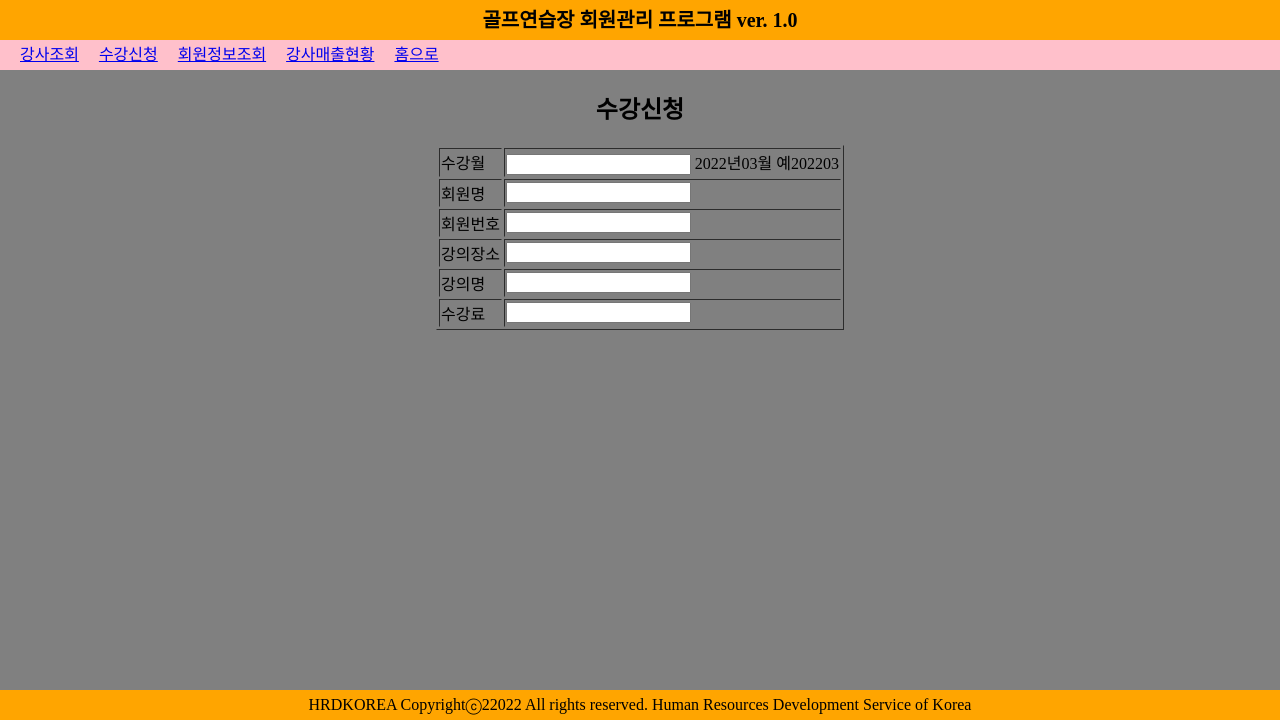
Repository: leesuyeon116/HRD_3
Page: http://localhost/HRD_0505/insert.jsp
An editor plug-in stored every save of this project. The page is shown before and after the next save, followed by the edit.
The browser window is 1280 px wide. The pictures show the whole page.
The page is served by Tomcat 9.

Above is the page before, as saved 2024-05-05 09:25:30.

### workspace/HRD_0505/src/main/webapp/insert.jsp
<%@ page language="java" contentType="text/html; charset=UTF-8"
    pageEncoding="UTF-8"%>
<!DOCTYPE html>
<html>
<head>
<meta charset="UTF-8">
<title>insert</title>
</head>
<body>
<jsp:include page="header.jsp"></jsp:include>
<section style="position: fixed; top: 70px; left: 0px; width: 100%; height: 100%; background-color: gray">
<h2 style="text-align: center">수강신청</h2>
	<form style="display: flex; align-items: center; justify-content: center">
		<table border="1">
			<tr>
				<td>수강월</td>
				<td><input type="text" name="regist_month"> 2022년03월 예202203</td>
			</tr>
			<tr>
				<td>회원명</td>
				<td><input type="text" name="c_name"></td>
			</tr>
			<tr>
				<td>회원번호</td>
				<td><input type="text" name="c_no"></td>
			</tr>
			<tr>
				<td>강의장소</td>
				<td><input type="text" name="class_area"></td>
			</tr>
			<tr>
				<td>강의명</td>
				<td><input type="text" name="class_name"></td>
			</tr>
			<tr>
				<td>수강료</td>
				<td><input type="text" name="class_price"></td>
			</tr>
		</table>
	</form>

</section>

<jsp:include page="footer.jsp"></jsp:include>
</body>
</html>

### workspace/HRD_0505/src/main/webapp/header.jsp
<%@ page language="java" contentType="text/html; charset=UTF-8"
    pageEncoding="UTF-8"%>
<!DOCTYPE html>
<html>
<head>
<meta charset="UTF-8">
<title>header</title>
</head>
<body>
<header style="position: fixed; top: 0px; left: 0px; width: 100%; height: 40px; line-height: 40px; background-color: orange;
	text-align: center; font-size: 20px">
<b>골프연습장 회원관리 프로그램 ver. 1.0</b>
</header>

<nav style="position: fixed; top: 40px; left: 0px; width: 100%; height: 30px; line-height: 30px; background-color: pink;
	padding-left: 20px">
	<a href="tlist.jsp">강사조회</a> &nbsp; &nbsp;
	<a href="insert.jsp">수강신청</a> &nbsp; &nbsp;
	<a href="mlist.jsp">회원정보조회</a> &nbsp; &nbsp;
	<a href="salary.jsp">강사매출현황</a> &nbsp; &nbsp;
	<a href="index.jsp">홈으로</a> &nbsp; &nbsp;
</nav>
</body>
</html>

### workspace/HRD_0505/src/main/webapp/footer.jsp
<%@ page language="java" contentType="text/html; charset=UTF-8"
    pageEncoding="UTF-8"%>
<!DOCTYPE html>
<html>
<head>
<meta charset="UTF-8">
<title>footer</title>
</head>
<body>
<footer style="position: fixed; bottom: 0px; left: 0px; width: 100%; height: 30px; line-height: 30px; background-color: orange;
	text-align: center">
	HRDKOREA Copyrightⓒ22022 All rights reserved. Human Resources Development Service of Korea
</footer>
</body>
</html>

After the next save:
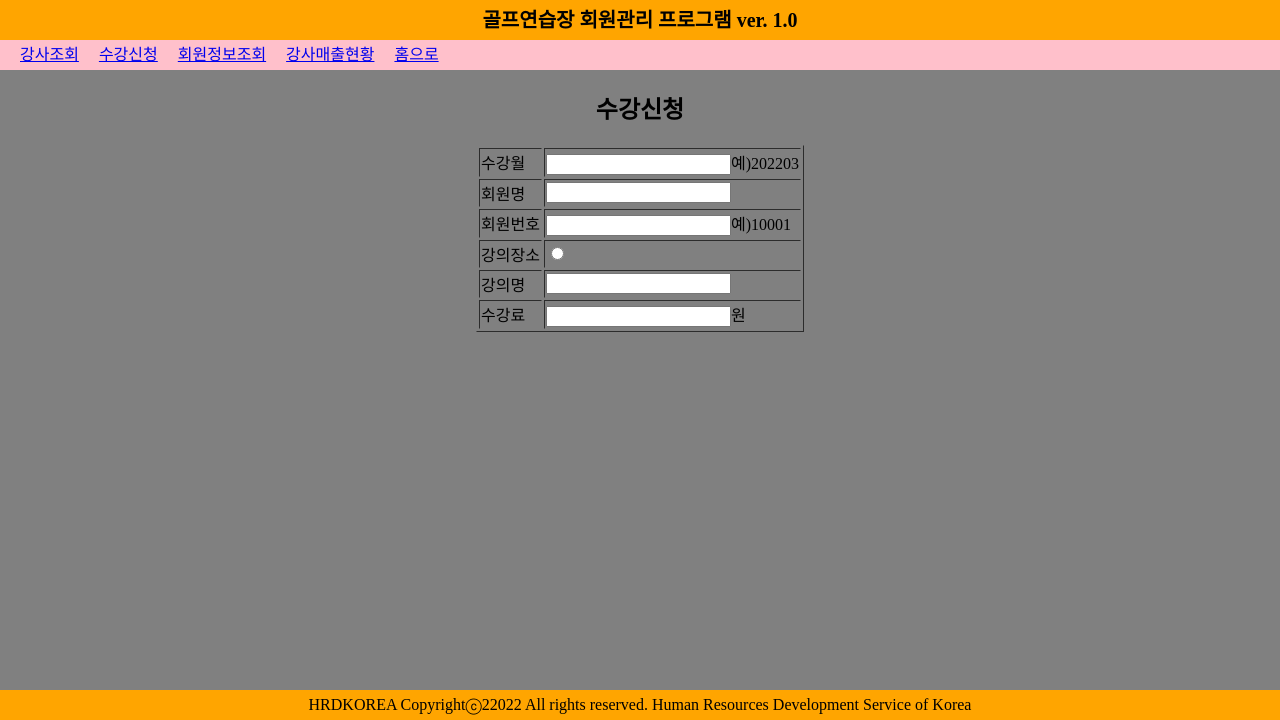
Saved 2 min 4 s later.
--- a/workspace/HRD_0505/src/main/webapp/insert.jsp
+++ b/workspace/HRD_0505/src/main/webapp/insert.jsp
@@ -14,7 +14,7 @@
 		<table border="1">
 			<tr>
 				<td>수강월</td>
-				<td><input type="text" name="regist_month"> 2022년03월 예202203</td>
+				<td><input type="text" name="regist_month">예)202203</td>
 			</tr>
 			<tr>
 				<td>회원명</td>
@@ -22,11 +22,11 @@
 			</tr>
 			<tr>
 				<td>회원번호</td>
-				<td><input type="text" name="c_no"></td>
+				<td><input type="text" name="c_no">예)10001</td>
 			</tr>
 			<tr>
 				<td>강의장소</td>
-				<td><input type="text" name="class_area"></td>
+				<td><input type="radio" name="class_area"></td>
 			</tr>
 			<tr>
 				<td>강의명</td>
@@ -34,7 +34,7 @@
 			</tr>
 			<tr>
 				<td>수강료</td>
-				<td><input type="text" name="class_price"></td>
+				<td><input type="text" name="class_price">원</td>
 			</tr>
 		</table>
 	</form>
